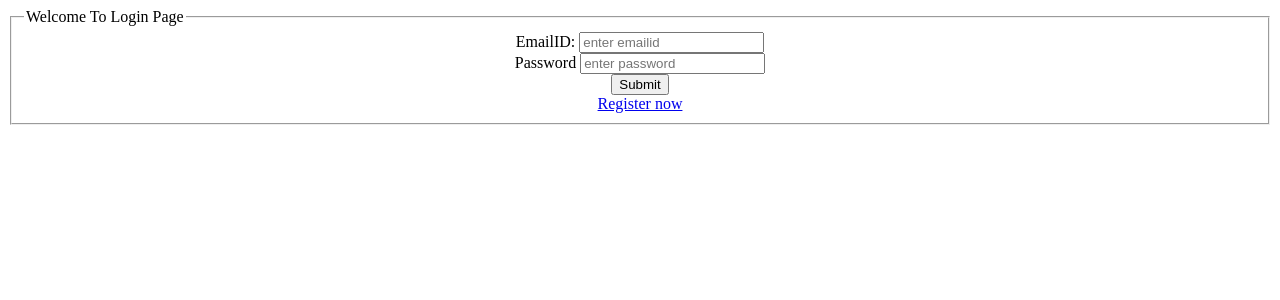
Repository: Tharungandhi/ServeltProject
Page: LginRegistrationApp/WebContent/login.html
These files come from the project's save history. The page is drawn as it stood at one moment and after the next save; the edit follows.
The browser window is 1280 px wide. The pictures show the whole page.

Above is the page before, as saved 2019-01-22 10:04:23.

### LginRegistrationApp/WebContent/login.html
<!DOCTYPE html>
<html>
<head>
<meta charset="UTF-8">
<title>Login Page</title>
</head>
<body>
<form action="login" method="post">

<fieldset>
<legend>Welcome To Login Page</legend>
<center>
<label>EmailID:</label>
<input type="email" name="emailid"  placeholder="enter emailid" value="" required/> </div>
<div>
<label>Password</label>
<input type="password" name="password"  placeholder="enter password" value="" required/>
</div>
<input type="submit" name="submit"/>
<div>
<a href=registration.html> Register now </a> </div>
</center>
</fieldset>
</form>
</body>
</html>

After the next save:
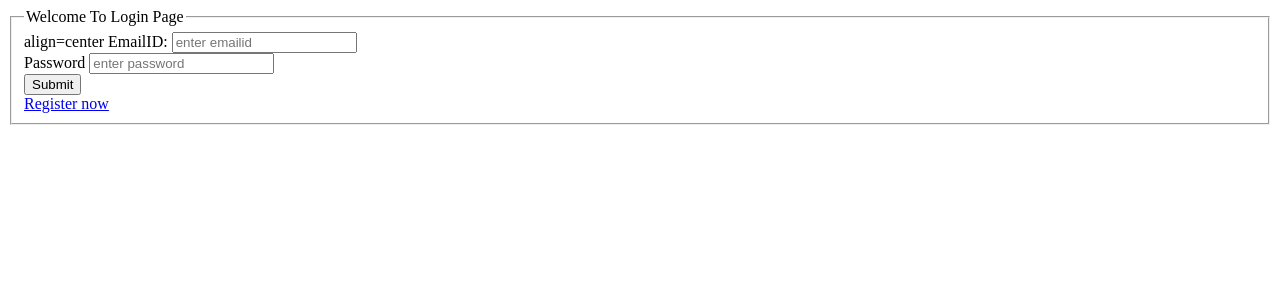
Saved 18 min 28 s later.
--- a/LginRegistrationApp/WebContent/login.html
+++ b/LginRegistrationApp/WebContent/login.html
@@ -9,7 +9,7 @@
 
 <fieldset>
 <legend>Welcome To Login Page</legend>
-<center>
+<div>align=center
 <label>EmailID:</label>
 <input type="email" name="emailid"  placeholder="enter emailid" value="" required/> </div>
 <div>
@@ -19,7 +19,7 @@
 <input type="submit" name="submit"/>
 <div>
 <a href=registration.html> Register now </a> </div>
-</center>
+</div>
 </fieldset>
 </form>
 </body>
